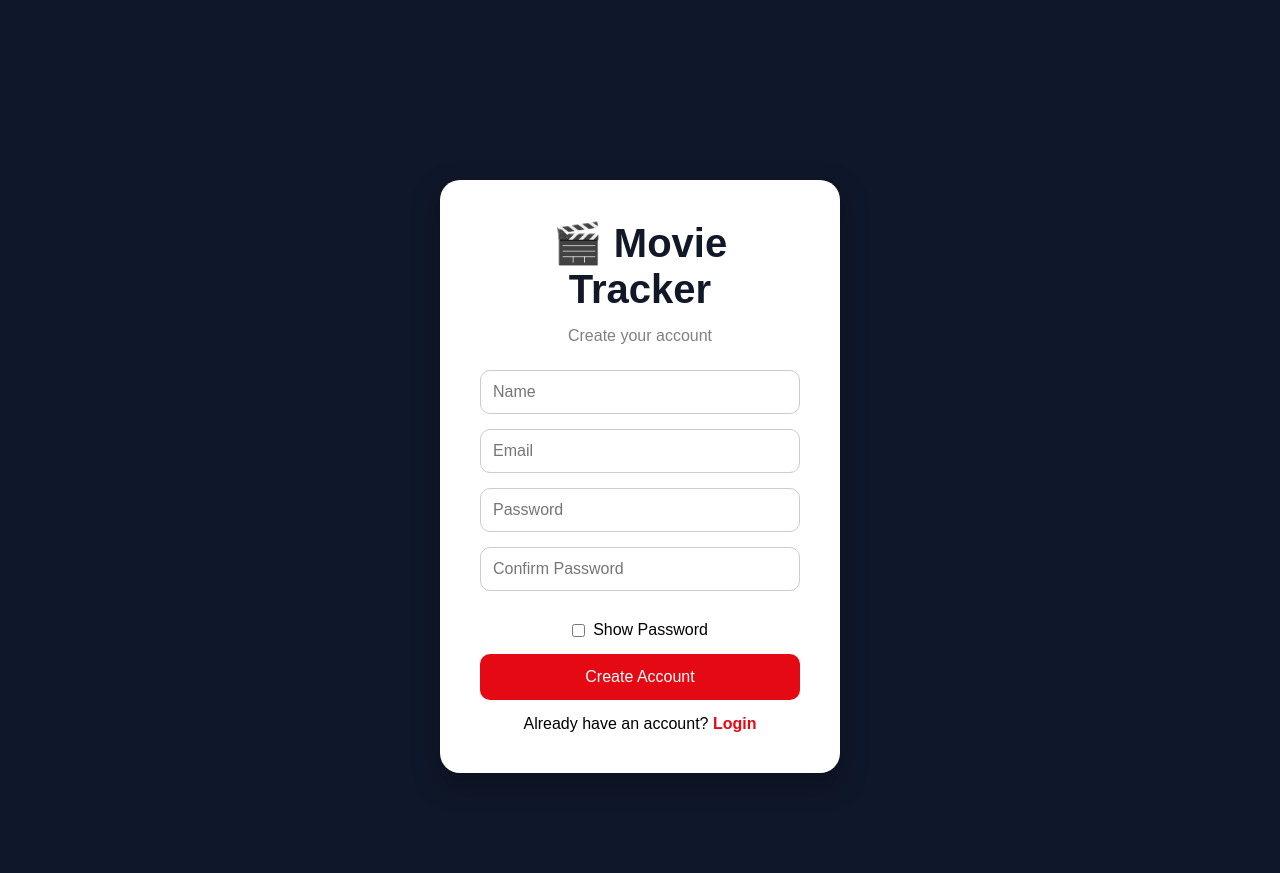
Repository: Dinesh-Codebais/movie-tracker
Page: signup.html
The author's editor kept a copy of each file at every save. The page is drawn from the files as they stood at one save, then again after a run of saves.
The browser window is 1280 px wide. The pictures show the whole page.

Above is the page before, as saved 2026-06-22 10:51:43.
Console error: TypeError: Cannot read properties of null (reading 'addEventListener')

After the next 2 saves:
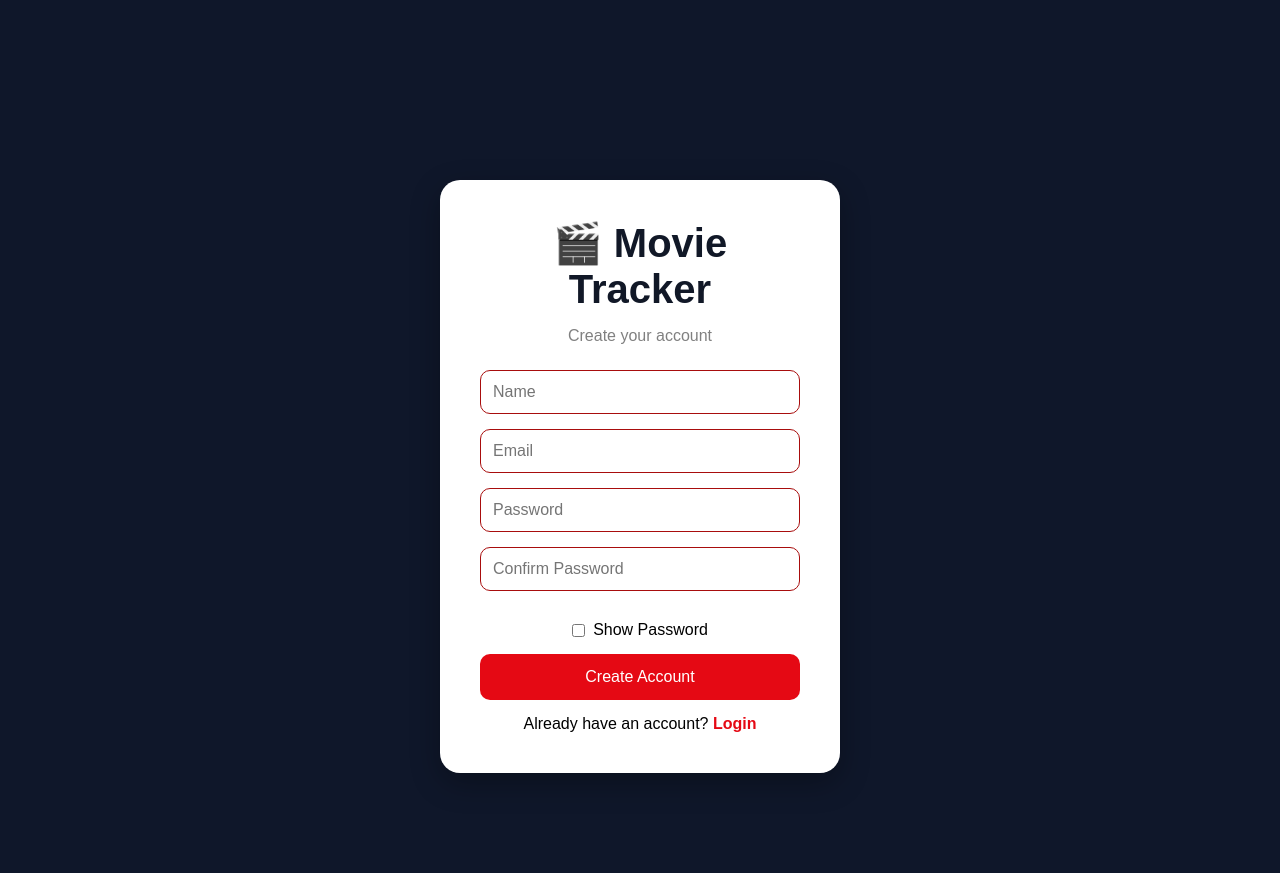
The 2 saves are shown as one change because they came seconds apart.
The last was saved 2 min 16 s later.
--- a/style.css
+++ b/style.css
@@ -556,7 +556,7 @@ body{
     width:100%;
     padding:12px;
     margin-bottom:15px;
-    border:1px solid #ccc;
+    border:1px solid #a80d0d;
     border-radius:10px;
     font-size:16px;
 }
